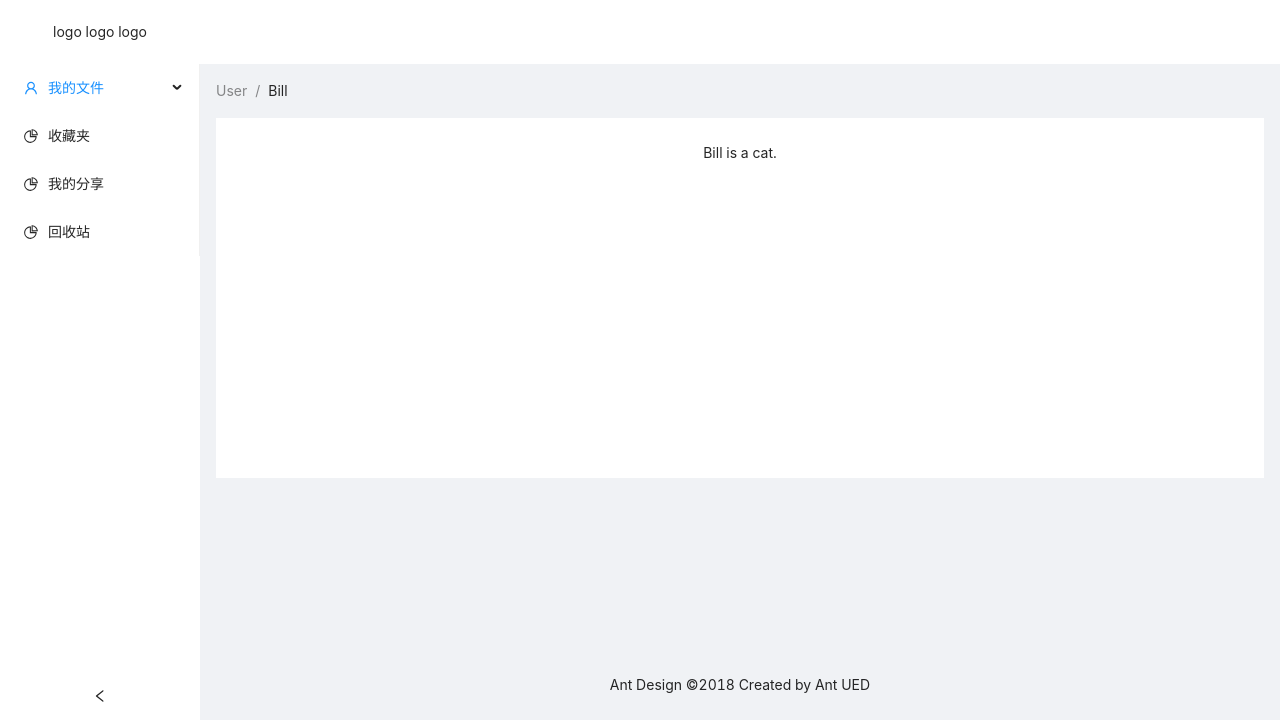
Repository: xstnet/starfire-cloud-fe
Page: /
An editor plug-in stored every save of this project. The page is shown before and after the next save, followed by the edit.
The browser window is 1280 px wide. The pictures show the whole page.
The project was rebuilt for these pictures with package versions that can differ from the ones it lists, and the page was loaded fresh each time.

Above is the page before, as saved 2021-09-12 16:23:23.

### src/App.js
import React from 'react';
import { Button } from 'antd';
import './App.css';
import MainLayout from './page/layout/main'

const App = () => (
  <div className="App">
    <MainLayout></MainLayout>
  </div>
);

export default App;

### src/page/layout/main.jsx
import React from 'react';
import { Layout, Menu, Breadcrumb } from 'antd';
import {
  DesktopOutlined,
  PieChartOutlined,
  FileOutlined,
  TeamOutlined,
  UserOutlined,
} from '@ant-design/icons';
import './main.css';

const { Header, Content, Footer, Sider } = Layout;
const { SubMenu } = Menu;

class MainLayout extends React.Component {
  state = {
    collapsed: false,
  };

  onCollapse = collapsed => {
    console.log(collapsed);
    this.setState({ collapsed });
  };

  render() {
    const { collapsed } = this.state;
    return (
      <Layout style={{ minHeight: '100vh' }}>
        <Sider theme="light" collapsible collapsed={collapsed} onCollapse={this.onCollapse}>
          <div className="logo">
              logo logo logo
          </div>
          <Menu defaultSelectedKeys={['all']} mode="inline">
            <SubMenu key="my-file" icon={<UserOutlined />} title="我的文件">
              <Menu.Item key="all">全部文件</Menu.Item>
              <Menu.Item key="doc">文档</Menu.Item>
              <Menu.Item key="imgage">图片</Menu.Item>
              <Menu.Item key="audio">音频</Menu.Item>
              <Menu.Item key="video">视频</Menu.Item>
              <Menu.Item key="other">其他</Menu.Item>
            </SubMenu>
            <Menu.Item key="favorite" icon={<PieChartOutlined />}>
              收藏夹
            </Menu.Item>
            <Menu.Item key="share" icon={<PieChartOutlined />}>
              我的分享
            </Menu.Item>
            <Menu.Item key="recycle" icon={<PieChartOutlined />}>
              回收站
            </Menu.Item>
          </Menu>
        </Sider>
        <Layout className="site-layout">
          <Header className="site-layout-background" style={{ padding: 0 }} />
          <Content style={{ margin: '0 16px' }}>
            <Breadcrumb style={{ margin: '16px 0' }}>
              <Breadcrumb.Item>User</Breadcrumb.Item>
              <Breadcrumb.Item>Bill</Breadcrumb.Item>
            </Breadcrumb>
            <div className="site-layout-background" style={{ padding: 24, minHeight: 360 }}>
              Bill is a cat.
            </div>
          </Content>
          <Footer style={{ textAlign: 'center' }}>Ant Design ©2018 Created by Ant UED</Footer>
        </Layout>
      </Layout>
    );
  }
}

export default MainLayout;

### src/page/layout/main.css
 .logo {
    height: 64px;
    line-height: 64px;
    text-align: center;
  }

  .site-layout .site-layout-background {
    background: #fff;
  }

Loaded but not shown: public/index.html (common file); src/index.js (common file); src/index.css (common file); src/reportWebVitals.js (common file); src/App.css (common file)

After the next save:
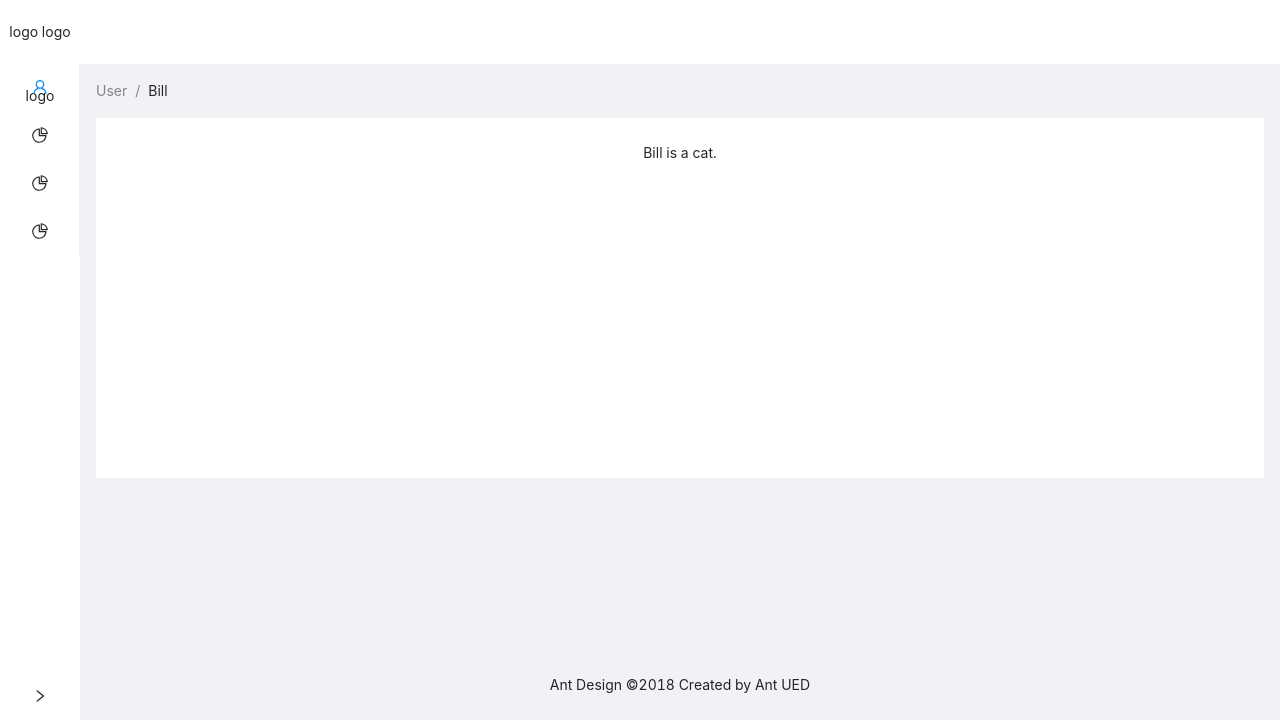
Saved 80 s later.
--- a/src/page/layout/main.jsx
+++ b/src/page/layout/main.jsx
@@ -14,7 +14,7 @@
 
 class MainLayout extends React.Component {
   state = {
-    collapsed: false,
+    collapsed: true,
   };
 
   onCollapse = collapsed => {

After the save that followed:
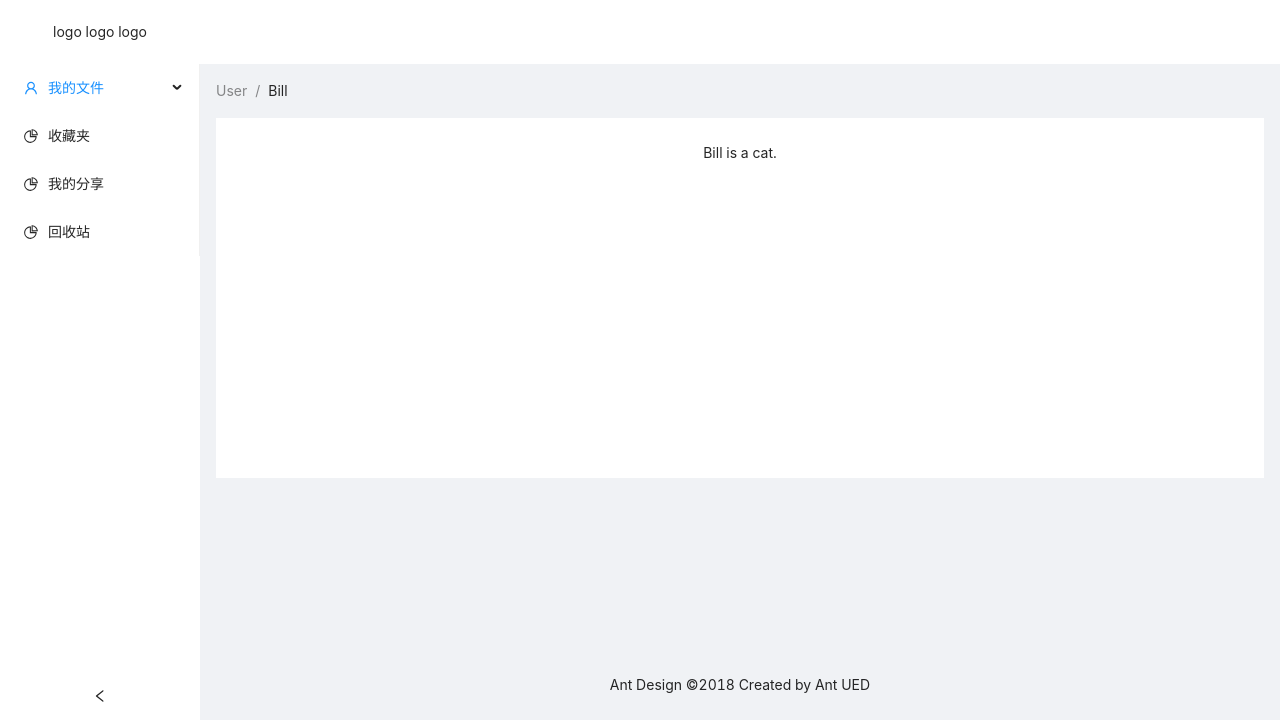
Saved 7 s later.
--- a/src/page/layout/main.jsx
+++ b/src/page/layout/main.jsx
@@ -14,7 +14,7 @@
 
 class MainLayout extends React.Component {
   state = {
-    collapsed: true,
+    collapsed: false,
   };
 
   onCollapse = collapsed => {
